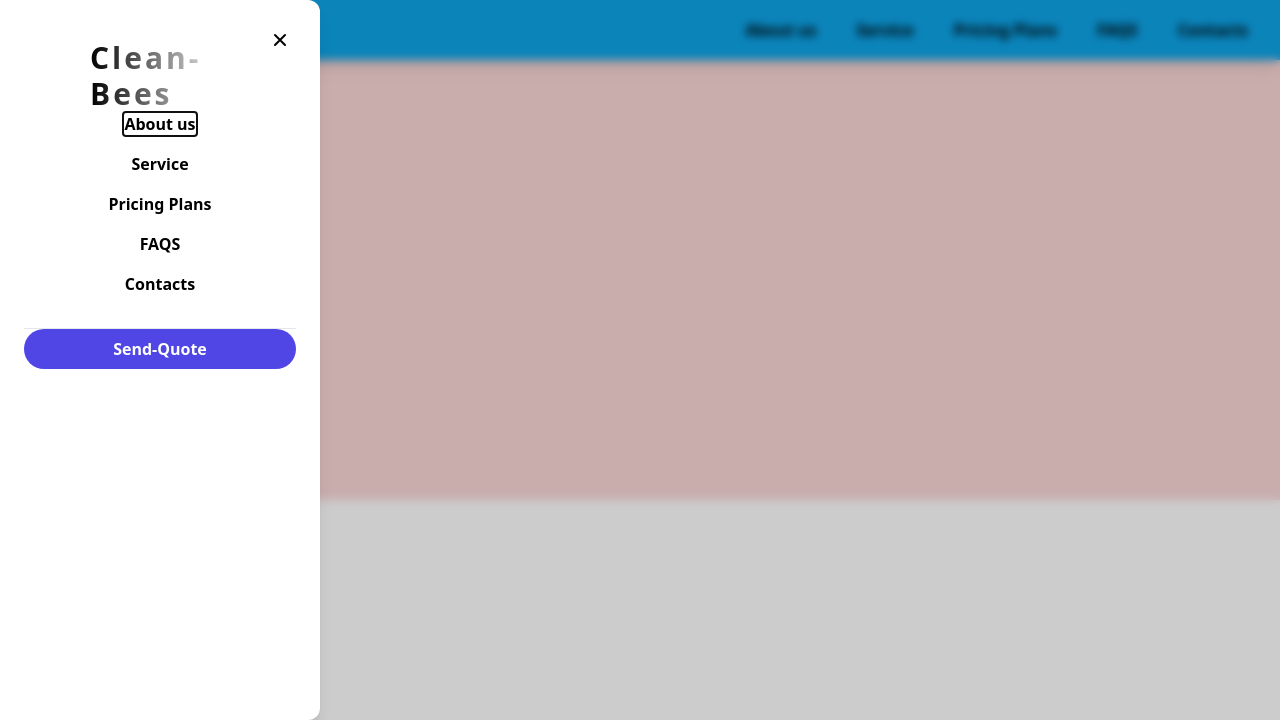
Repository: remydev47/cleanbees
Page: /
An editor plug-in stored every save of this project. The page is shown before and after the next save, followed by the edit.
The browser window is 1280 px wide. The pictures show the whole page.
The project was rebuilt for these pictures with package versions that can differ from the ones it lists, and the page was loaded fresh each time. The framework's server and built-in components were replaced by stand-ins that run in the browser. Also part of the build but not shown: next.config.js.

Above is the page before, as saved 2022-09-15 20:12:42.

### pages/_app.tsx
import '../styles/globals.css'
import type { AppProps } from 'next/app'
import { Header } from '../components/Header'


function MyApp({ Component, pageProps }: AppProps) {
  return (
    <>
      <Header />
      <Component {...pageProps} />
    </>

    )
}

export default MyApp

### pages/index.tsx
import type { NextPage } from 'next'
import Head from 'next/head'
import Image from 'next/image'
import Hero from '../components/Hero'

const Home: NextPage = () => {
  return (
    <div className="">
      <Head>
        <title>CleanBees</title>
        <link rel="icon" href="/favicon.ico" />
      </Head>
      <Hero />
      <h1>CleanBees</h1>
    </div>
  )
}

export default Home

### components/Header.tsx
import { navLinks } from "../constants"
import { MenuPopOver } from "./MenuPopover"
import Logo from "./Logo"
import Image from "next/image"
import { title } from "process"

export const Header = () => {
    return(
        <>
          <header className={styles.container}>
           <div className='flex grow-0 basis-1/3 md:hidden'>
             <MenuPopOver />
          </div>
          <div className='flex grow-0 basis-1/3 justify-center md:justify-start'>
            <Logo />
           </div>
           <ul className="list-none sm:flex hidden justify-end items-center flex-1">
            {navLinks.map((nav, index) => (
                <li
                key={nav.id}
                className={`font-poppins font-extrabold cursor-pointer text-[16px]
                  ${index === navLinks.length - 1 ? 'mr-0' : 'mr-10'}
                 text-black `}
                >
                    <a>{nav.title}</a>
                </li>
            ))}
           </ul>

          </header>
        </>
    )
}

const styles ={
    container:`sticky bg-[#0ea5e9] inset-x-0 top-0 z-20 flex items-center justify-between py-2 px-2 shadow-lg dark:bg-slate-900 sm:py-3 sm:px-8`
}

### components/Hero.tsx
import React from 'react'
import Image from 'next/image'


const Hero = () => {
  return (
    <>
      <section className='relative h-[640px] w-full  bg-red-500/20 sm:h-[55vh] md:h-[440px]'>

      </section>

    </>
  )
}

export default Hero

### constants/index.ts

export const navLinks =[
    {
     id:"aboutus",
     title:"About us"
    },
    {
        id:"services",
        title:"Service"
    },
    {
        id:"pricingplans",
        title:"Pricing Plans"
    },
    {
        id:"faqs",
        title:"FAQS"
    },
    {
        id:"contacts",
        title:"Contacts"
    },
]

### components/MenuPopover.tsx
import React, { useState, Fragment } from 'react'
import { IconButton } from './Button'
import { Transition, Dialog }  from '@headlessui/react';
import Link from 'next/link';
import Logo from './Logo';
import { Button } from './Button';
//import { ThemeSelect } from './ThemeToogle';
import { navLinks } from '../constants';

export const MenuPopOver = () => {
    const [isOpen, setIsOpen] = useState(true)

    return(
      <div>
        <IconButton
          variant='ghost'
          aria-label='menu'
          onClick={() => setIsOpen(!isOpen)}
        >
          <svg className='h-6 w-6 ' fill='none' stroke='currentColor'>
            <path
              strokeLinecap='round'
              strokeLinejoin='round'
              strokeWidth={2}
              d='M4 6h16M4 12h16M4 18h16'
            />
          </svg>
        </IconButton>
        <Transition
          show={isOpen}
          appear
          as={Fragment}
          enter='transform transition ease-in-out duration-300'
          enterFrom='-translate-x-full'
          enterTo='translate-x-0'
          leave='transform transition ease-in-out duration-300 delay-200'
          leaveFrom='translate-x-0'
          leaveTo='-translate-x-full'
        >
         <Dialog
           as='div'
           className={`fixed inset-0 z-50`}
           onClose={setIsOpen}
           open={isOpen}
           >
           <Transition.Child
             as={Fragment}
             enter='ease-out duration-300 delay-300'
             enterFrom='opacity-0'
             enterTo='opacity-100'
             leave='ease-in duration-200'
             leaveFrom='opacity-100'
             leaveTo='opacity-0'
           >

            <Dialog.Overlay
              className={`fixed inset-0 bg-black/20 backdrop-blur-sm dark:bg-gray-900/80`}
             />
          </Transition.Child>
           <div className={styles.dialogcontainer}>
            <a className='mx-auto mt-4 flex w-[140px] '>
              <Logo />
            </a>
            <ul
                className={styles.navWrapper2}
             >
                {navLinks.map((nav, index) => (
                    <li
                     key={nav.id}
                     className={`font-poppins font-bold cursor-pointer text-[16px]
                      ${index === navLinks.length - 1 ? 'mr-0' : 'mb-4'}
                      text-black `}
                    >
                     <a href={`#${nav.id}`}>
                        {nav.title}
                     </a>
                    </li>
                 ))}
             </ul>
            {/* <div className='mt-0 border-t border-gray-200 pt-6 dark:border-gray-200/10'>

            </div> */}
            <ul className='mt-8 space-y-3 border-t border-gray-200 dark:border-gray-200/10'>
              <li>
               <Button fullWidth>
                   Send-Quote
               </Button>
              </li>

            </ul>
            <IconButton
              variant='ghost'
              aria-label='close menu'
              className='absolute top-5 right-5'
              onClick={() => setIsOpen(false)}
            >
              <svg
                viewBox='0 0 10 10'
                className='h-2.5 w-2.5 overflow-visible'
                aria-hidden='true'
              >
                <path
                    d='M0 0L10 10M10 0L0 10'
                    fill='none'
                    stroke='currentColor'
                    strokeWidth='2'
                    strokeLinecap='round'
                  />
              </svg>
            </IconButton>
           </div>
         </Dialog>
        </Transition>
      </div>
    )
  }

const styles ={
    dialogcontainer:`fixed top-0 bottom-0 left-0 w-full max-w-xs rounded-r-xl bg-white p-6 shadow-lg dark:bg-gray-800`,
    menuitems:`group relative flex h-9 items-center oveflow-hidden rounded-md hover:bg-slate-200/50`,
    navWrapper2:`list-none flex flex-col justify-end items-center flex-1`,
}

### components/Logo.tsx
import React from 'react';


const Logo  = () => {
  return (
    <span className={`bg-gradient-to-r from-black to-[#fff] bg-clip-text align-middle text-3xl font-black tracking-widest text-transparent hover:text-green-400`}>
        Clean-Bees
    </span>
  )
}

export default Logo;

### components/Button/index.tsx
import React, { forwardRef } from 'react';
//import { __DEV__ } from '../../utils/assertions'

type BaseButtonProps = Omit<React.HTMLProps<HTMLButtonElement>, "size">;

/* === Button Element === */

export interface ButtonProps extends BaseButtonProps {
  children: React.ReactNode;
  fullWidth?: boolean;
  className?: string;
  variant?: "solid" | "outline" | "ghost";
  size?: "sm" | "md" | "lg";
  as?: string;
  isExternal?: boolean;
  type?: "button" | "submit" | "reset";
}

export const Button = forwardRef<HTMLButtonElement, ButtonProps>(
  (
    {
      children,
      variant = "solid",
      size = "md",
      fullWidth = false,
      className,
      as = "button",
      isExternal = false,
      ...rest
    },
    ref
  ) => {
    let tempClassNames: string[] = [];

    const sharedClasses = [
      "capitalize",
      "focus:outline-none",
      "focus:ring-2",
      "focus:ring-indigo-400",
      "focus:ring-offset-2",
      "focus:ring-offset-indigo-50",
      "font-semibold",
      "rounded-full",
      "inline-flex",
      "flex-shrink-0",
      "items-center",
      "justify-center",
      "transition-colors",
      "ease-in-out",
      "duration-500",
    ];

    if (fullWidth) sharedClasses.push("w-full");

    // handle variants
    let btnSolid = ["bg-indigo-600", "hover:bg-indigo-700", "text-white"];
    let btnOutline = [
      "dark:text-white",
      "hover:text-yellow-700",
      "hover:dark:text-yellow-800",
      "bg-transparent",
      "hover:bg-indigo-50",
      "border",
      "border-indigo-600",
    ];
    let btnGhost = [
      "bg-transparent",
      "dark:text-white",
      "hover:bg-indigo-50",
      "hover:text-indigo-700",
      "hover:dark:text-indigo-700",
    ];

    if (variant === "solid") {
      tempClassNames = [...sharedClasses, ...btnSolid];
    } else if (variant === "outline") {
      tempClassNames = [...sharedClasses, ...btnOutline];
    } else if (variant === "ghost") {
      tempClassNames = [...sharedClasses, ...btnGhost];
    }

    // handle sizes
    let sizeSm = ["h-8", "px-2", "text-sm"];
    let sizeMd = ["h-10", "px-3"];
    let sizeLg = ["h-12", "px-4", "text-lg"];

    if (size === "sm") {
      tempClassNames = [...tempClassNames, ...sizeSm];
    } else if (size === "md") {
      tempClassNames = [...tempClassNames, ...sizeMd];
    } else if (size === "lg") {
      tempClassNames = [...tempClassNames, ...sizeLg];
    }

    let classes = tempClassNames.join(" ");

    let Element = as ? (
      React.createElement(
        as,
        {
          className: `${classes} ${className}`,
          target: isExternal ? "_blank" : undefined,
          rel: isExternal ? "noopener noreferrer" : undefined,
          ref,
          ...rest,
        },
        children
      )
    ) : (
      <button {...rest} className={`${classes} ${className}`} ref={ref}>
        {children}
      </button>
    );

    return Element;
  }
);

// if (__DEV__) {
//   Button.displayName = "Button";
// }

/* === IconButton Element === */

export interface IconButtonProps extends ButtonProps {
  icon?: React.ReactElement;
  "aria-label": string;
}

export const IconButton = forwardRef<HTMLButtonElement, IconButtonProps>(
  (
    {
      children,
      icon,
      className,
      "aria-label": ariaLabel,
      size = "md",
      ...rest
    },
    ref
  ) => {
    let sharedClasses = ["rounded-full", "!px-0"];

    // handle sizes
    let sizeSm = ["w-8"];
    let sizeMd = ["w-10"];
    let sizeLg = ["w-12"];

    if (size === "sm") {
      sharedClasses = [...sharedClasses, ...sizeSm];
    } else if (size === "md") {
      sharedClasses = [...sharedClasses, ...sizeMd];
    } else if (size === "lg") {
      sharedClasses = [...sharedClasses, ...sizeLg];
    }

    /**
     * Passing the icon as prop or children should work
     */
    const element = icon || children;
    const _children = React.isValidElement(element)
      ? React.cloneElement(element as any, {
          "aria-hidden": true,
          focusable: false,
        })
      : null;

    let classes = sharedClasses.join(" ");
    return (
      <Button
        className={`${classes} ${className}`}
        aria-label={ariaLabel}
        size={size}
        {...rest}
        ref={ref}
      >
        {_children}
      </Button>
    );
  }
);

// if (__DEV__) {
//   IconButton.displayName = "IconButton";
// }

Loaded but not shown: styles/globals.css (common file); tailwind.config.js (common file)

After the next save:
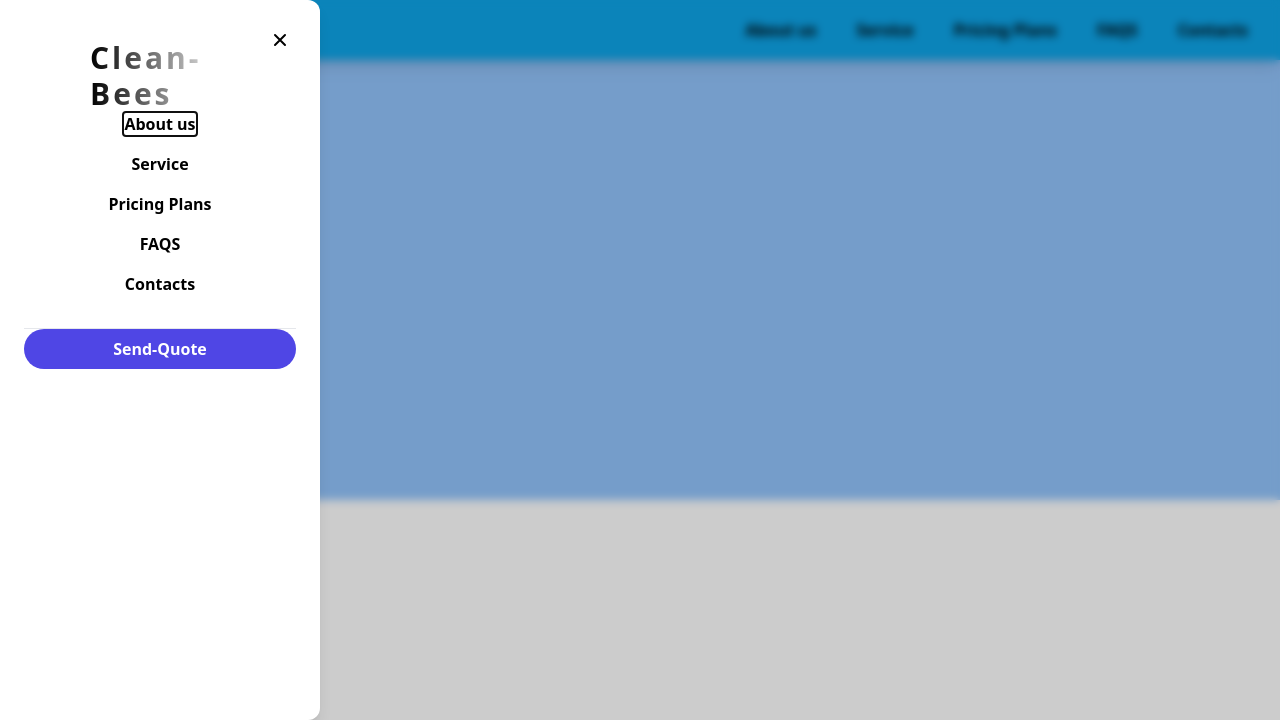
Saved 28 s later.
--- a/components/Hero.tsx
+++ b/components/Hero.tsx
@@ -5,7 +5,7 @@ import Image from 'next/image'
 const Hero = () => {
   return (
     <>
-      <section className='relative h-[640px] w-full  bg-red-500/20 sm:h-[55vh] md:h-[440px]'>
+      <section className='relative h-[640px] w-full  bg-blue-300 sm:h-[55vh] md:h-[440px]'>
 
       </section>
 
